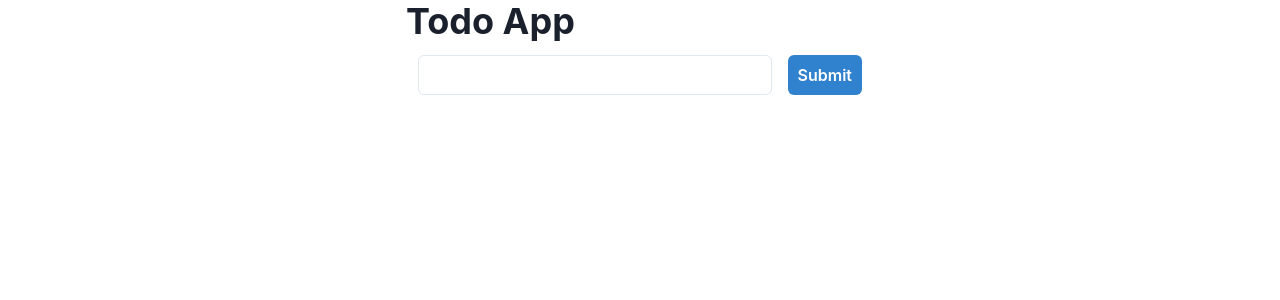
Repository: jammy729/todo-react
Page: /
These files come from the project's save history. The page is drawn as it stood at one moment and after the next save; the edit follows.
The browser window is 1280 px wide. The pictures show the whole page.
The page's requests for data from a server got no answer. The project was rebuilt for these pictures with package versions that can differ from the ones it lists, and the page was loaded fresh each time. No one was signed in, and anything a server would have sent is missing. Also part of the build but not shown: vite.config.js.

Above is the page before, as saved 2022-07-19 12:31:48.

### index.html
<!DOCTYPE html>
<html lang="en">
  <head>
    <meta charset="UTF-8" />
    <link rel="icon" type="image/svg+xml" href="/vite.svg" />
    <meta name="viewport" content="width=device-width, initial-scale=1.0" />
    <title>ToDo App</title>
  </head>
  <body>
    <div id="root"></div>
    <script type="module" src="/src/main.jsx"></script>
  </body>
</html>

### src/main.jsx
import React from 'react'
import ReactDOM from 'react-dom/client'
import App from './App'
import { ChakraProvider } from '@chakra-ui/react'

ReactDOM.createRoot(document.getElementById('root')).render(
  <React.StrictMode>
    <ChakraProvider>
      <App />
    </ChakraProvider>
  </React.StrictMode>
)

### src/App.jsx
import React, { useState, useEffect } from 'react'
import {
  Container,
  Input,
  Button,
  SimpleGrid,
  Flex,
  Divider,
  Spacer,
  Box,
  ButtonGroup,
  Heading
} from '@chakra-ui/react'
import { db } from './firebase'
import { set, ref, onValue, remove, update } from 'firebase/database'
import { uid } from 'uid'

const App = () => {
  const [todo, setTodo] = useState('')
  const [todos, setTodos] = useState([])
  const [edit, setEdit] = useState(false)
  const [tempUuid, setTempUuid] = useState('')

  const handleChange = e => {
    setTodo(e.target.value)
  }

  // create
  const writeToDatabase = () => {
    const uuid = uid()
    set(ref(db, `/${uuid}`), {
      todo,
      uuid
    })

    setTodo('')
  }
  // read
  useEffect(() => {
    onValue(ref(db), snapshot => {
      setTodos([])
      const data = snapshot.val()
      if (data !== null) {
        Object.values(data).map(todo => {
          setTodos(oldArray => [...oldArray, todo])
        })
      }
    })
  }, [])

  // update
  const handleUpdate = () => {
    setEdit(true)
    setTempUuid(todo.uuid)
    setTodo(todo.todo)
  }

  const handleSubmitChange = () => {
    update(ref(db, `/${tempUuid}`), {
      todo,
      uuid: tempUuid
    })
    setTodo('')
    setEdit(false)
  }

  // delete
  const handleDelete = todo => {
    remove(ref(db, `/${todo.uuid}`))
  }

  return (
    <Container maxW='500px'>
      <Heading as='md'>Todo App</Heading>

      <Flex m={3}>
        <Input value={todo} onChange={handleChange} mr={4} />
        {edit ? (
          <>
            <Button onClick={handleSubmitChange}>Submit Change</Button>
            <Button
              onClick={() => {
                setEdit(false)
                setTodos('')
              }}
            >
              X
            </Button>
          </>
        ) : (
          <Button onClick={writeToDatabase} colorScheme='blue'>
            Submit
          </Button>
        )}
      </Flex>

      {todos.map(todo => (
        <>
          <Flex mb={3} m={3}>
            <Box>
              <h1>{todo.todo}</h1>
              {console.log(todo.todo)}
            </Box>
            <Spacer />
            <Box>
              <ButtonGroup>
                <Button
                  onClick={() => handleUpdate(todo)}
                  colorScheme='whatsapp'
                >
                  update
                </Button>
                <Button
                  onClick={() => handleDelete(todo)}
                  variant='outline'
                  colorScheme='red'
                >
                  delete
                </Button>
              </ButtonGroup>
            </Box>
          </Flex>
          <Divider />
        </>
      ))}
    </Container>
  )
}
export default App

### src/firebase.js
import { initializeApp } from 'firebase/app'
import { getDatabase } from 'firebase/database'
// web app configuration
const firebaseConfig = {
  apiKey: 'AIzaSyDkspjkDDXObs-4l_taNELJKtRdVwEASMk',
  authDomain: 'todo-app-73942.firebaseapp.com',
  projectId: 'todo-app-73942',
  storageBucket: 'todo-app-73942.appspot.com',
  messagingSenderId: '1010423735161',
  appId: '1:1010423735161:web:097586fa48bf62dfda85a8'
}

// Initialize Firebase
const app = initializeApp(firebaseConfig)
export const db = getDatabase(app)

After the next save:
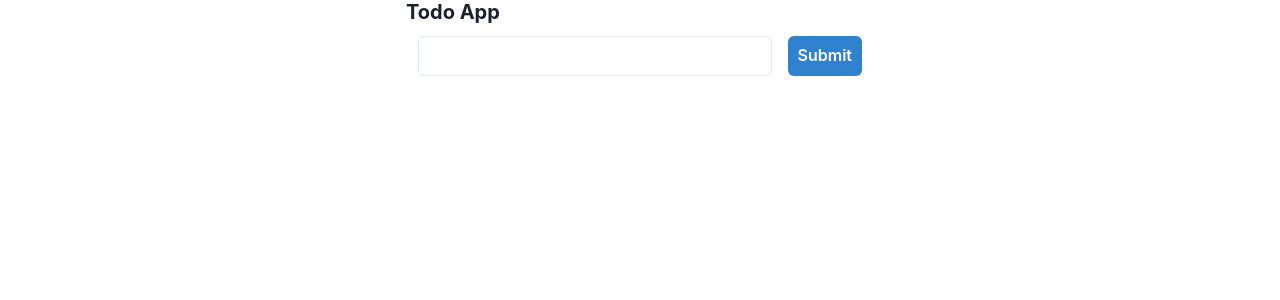
Saved 5 s later.
--- a/src/App.jsx
+++ b/src/App.jsx
@@ -71,7 +71,7 @@ const App = () => {
 
   return (
     <Container maxW='500px'>
-      <Heading as='md'>Todo App</Heading>
+      <Heading size='md'>Todo App</Heading>
 
       <Flex m={3}>
         <Input value={todo} onChange={handleChange} mr={4} />
